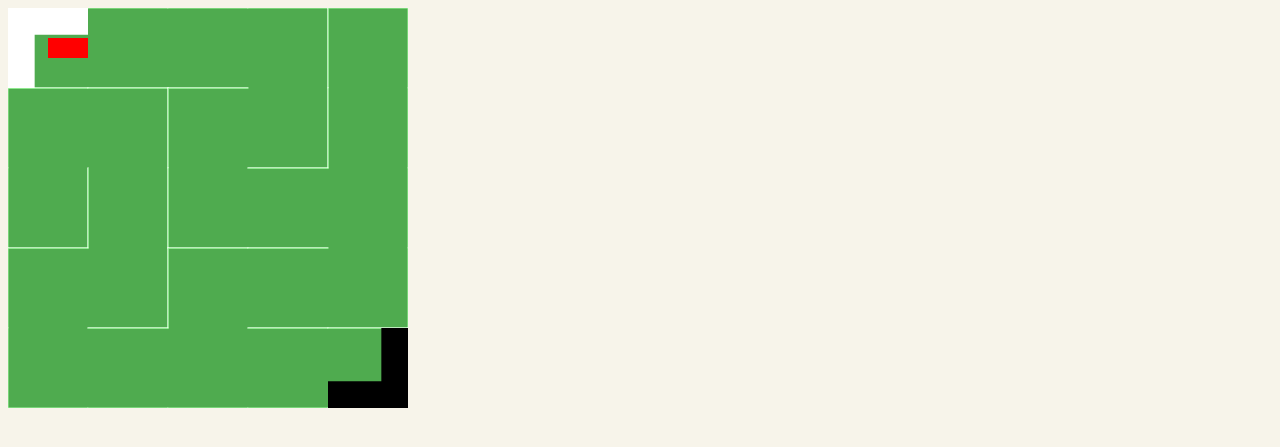
Repository: animarcus/maze-generator
Page: index.html
An editor plug-in stored every save of this project. The page is shown before and after the next save, followed by the edit.
The browser window is 1280 px wide. The pictures show the whole page.
Some web libraries are served in a nearby version.

Above is the page before, as saved 2020-09-12 18:08:35.

### index.html
<!DOCTYPE html>
<html lang="en">
<head>
  <link rel="apple-touch-icon" sizes="180x180" href="/icons/apple-touch-icon.png">
  <link rel="icon" type="image/png" sizes="32x32" href="/icons/favicon-32x32.png">
  <link rel="icon" type="image/png" sizes="16x16" href="/icons/favicon-16x16.png">
  <link rel="manifest" href="/icons/site.webmanifest">
  <link rel="mask-icon" href="/icons/safari-pinned-tab.svg" color="#5bbad5">
  <link rel="shortcut icon" href="/icons/favicon.ico">
  <meta name="msapplication-TileColor" content="#da532c">
  <meta name="msapplication-config" content="/icons/browserconfig.xml">
  <meta name="theme-color" content="#ffffff">

  <script type="text/javascript" src="https://cdn.jsdelivr.net/npm/p5@1.1.4/lib/p5.min.js"></script>
  <script src="js/cell.js"></script>
  <script src="js/sketch.js"></script>
  <script src="js/solver.js"></script>


  <link rel="stylesheet" href="css/style.css">
  <meta charset="UTF-8">
  <meta name="viewport" content="width=device-width, initial-scale=1.0, maximum-scale=1.0, user-scalable=0">
  <title>Maze Generator</title>
</head>
<body>
</body>
</html>

### js/cell.js
class Cell {
  constructor(i, j) {
    this.i = i;
    this.j = j;
    this.walls = [true,true,true,true];
    this.visited = false;
  }
  checkNeighbors() {
    let neighbors = [];
    // console.log(index(i+1  , j   ));
    let top     = grid[index(this.i    , this.j-1 )];
    let right   = grid[index(this.i+1  , this.j   )];
    let bottom  = grid[index(this.i    , this.j +1)];
    let left    = grid[index(this.i-1  , this.j   )];
    if (top && !top.visited) {
      neighbors.push(top);
    }
    if (right && !right.visited) {
      neighbors.push(right);
    }
    if (bottom && !bottom.visited) {
      neighbors.push(bottom);
    }
    if (left && !left.visited) {
      neighbors.push(left);
    }
    if (neighbors.length > 0) {
      let r = floor(Math.random() * neighbors.length);
      return neighbors[r];
    } else {
      return undefined;
    }
  }
  highlight() {
    let x = this.i * w;
    let y = this.j * w;
    fill(150, 0, 0, 255);
    noStroke();
    rect(x, y, w, w);
  }
  show() {
    let x = this.i*w;
    let y = this.j*w;
    stroke(255);
    if (this.walls[0]) {
      line(x,y,x+w,y);
    }
    if (this.walls[1]) {
      line(x+w,y,x+w,y+w);
    }
    if (this.walls[2]) {
      line(x+w,y+w,x,y+w);
    }
    if (this.walls[3]) {
      line(x,y+w,x,y);
    }
    if (this.visited) {
      noStroke();
      fill(100, 255, 100, 150);
      rect(x, y, w, w);
    }
  }
}

### js/sketch.js



let cols, rows;
let w = 80;
let grid = [];
let current;
let stack = [new Cell(0, 0)];

let generated;
let solveOK;


function setup() {
  createCanvas(400,400);
  cols = floor(width/w);
  rows = floor(width/w);

  // frameRate(7);

  generated = false;
  solveOK = false;

  for (let j = 0; j < rows; j++) {
    for (let i = 0; i < cols; i++) {
      let cell = new Cell(i,j);
      grid.push(cell);
    }
  }
  current = grid[0];
}

function draw() {
  background(51);
  for (let i = 0; i < grid.length; i++) {
    grid[i].show();
  }
  if (!generated) {
    maze.generateMaze();
  } else if (solveOK) {
    maze.solveMaze();
  }
}


let maze = {
  generateMaze : function() {
    current.visited = true;
    current.highlight();
    let next = current.checkNeighbors();
    // console.log(stack);
    if (next) {
      next.visited = true;
      //step 2
      stack.push(next);
      //step 3
      removeWalls(current, next);
      //step 4
      current = next;
    } else if (stack.length > 0) {
      current = stack.pop();
      if (stack.length == 0) {
        frameRate(3);
        // console.log("no");
        solver = new Solver(0, 0);
        generated = true;

        solveOK = true;
      }
    }
  },
  solveMaze : function() {
    // grid[0].highlight();
    noStroke();
    fill(color("white"));
    rect(grid[0].i, grid[0].j, w/3, w);
    rect(grid[0].i, grid[0].j, w, w/3);
    fill(color("black"));
    rect(grid[grid.length-1].i*w + w, grid[grid.length-1].j*w + w, -w/3, -w);
    rect(grid[grid.length-1].i*w + w, grid[grid.length-1].j*w + w, -w, -w/3);

    fill(color("red"));
    // rect(solver.i+w/10,solver.j+w/10,w-w/5,w-w/5);
    solver.draw();
    solver.move();
  }
};


function index(i, j) {
  if (i < 0 || j < 0 || i > cols-1 || j > rows-1) {
    return -1;
  }
  return i + j * cols;
}


function removeWalls(a, b) {
  let x = a.i - b.i;
  if (x === 1) {
    a.walls[3] = false;
    b.walls[1] = false;
  } else if (x == -1) {
    a.walls[1] = false;
    b.walls[3] = false;
  }

  let y = a.j - b.j;
  if (y === 1) {
    a.walls[0] = false;
    b.walls[2] = false;
  } else if (y === -1) {
    a.walls[2] = false;
    b.walls[0] = false;
  }

}

### js/solver.js
let facing;
class Solver {
  constructor(x, y) {
    this.i = x;
    this.j = y;
    this.direction = 1; // up-right-down-left
  }
  draw() {
    this.current = grid[index(this.i, this.j)];

    fill(color("red"));
    let x = this.i*w;
    let y = this.j*w;

    if (this.direction % 4 === 0) {
      this.direction = 0;
      this.facing = grid[index(this.i, this.j-1)];
      rect(x + w/2-w/8, y + w/2, w/4, -w/2);
    } else if (this.direction % 4 === 1) {
      this.direction = 1;
      rect(x + w/2, y + w/2-w/8, w/2, w/4);
      this.facing = grid[index(this.i+1, this.j)];
    } else if (this.direction % 4 === 2) {
      this.direction = 2;
      rect(x + w/2-w/8, y + w/2, w/4, w/2);
      this.facing = grid[index(this.i, this.j+1)];
    } else if (this.direction % 4 === 3) {
      this.direction = 3;
      rect(x + w/2, y + w/2-w/8, -w/2, w/4);
      this.facing = grid[index(this.i-1, this.j)];
    }
  }
  move() {
    // console.log(this.direction);
    // console.log(this.current.walls);
    // if (this.current.walls[1]) {
    //   if (this.current.walls[2]) {
    //     this.direction -= 1;
    //   } else if (this.current.walls[0]) {
    //     this.direction += 1;
    //   } else {
    //     this.direction += 2;
    //   }
    // } else {
    //   this.i = this.facing.i;
    //   this.j = this.facing.j;
    // }

    // up wall check : this.current.walls[0] && this.facing.walls[2]
    // right wall check : this.current.walls[1] && this.facing.walls[3]
    // down wall check : this.current.walls[2] && this.facing.walls[0]
    // left wall check : this.current.walls[3] && this.facing.walls[1]
  }
}

### css/style.css
* {
  cursor: default;
  /* -webkit-touch-callout: none;
  -webkit-user-select: none;
  -khtml-user-select: none;
  -moz-user-select: none;
  -ms-user-select: none;
  user-select: none; */
}
body {
  background: #f7f4ea;
  height: 100%;
  overflow-y: hidden;
  overflow-x: hidden;
  /* border-radius: 50%; */
}

/* p {
  position: absolute;
  top:50%;
  left:50%;
  transform: translate(-50%,-50%);
} */

After the next save:
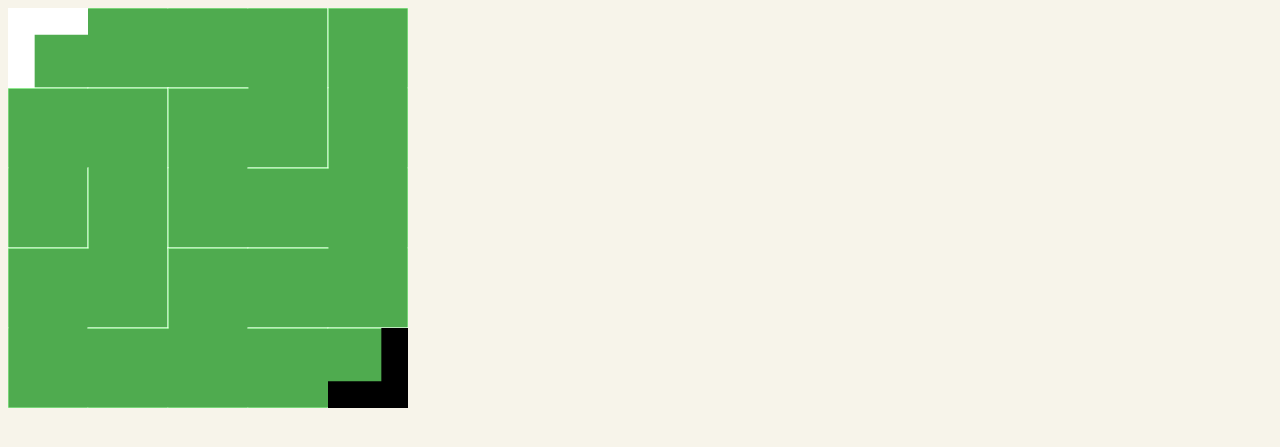
Console error: TypeError: Cannot read properties of undefined (reading 'i')
Saved 40 s later.
--- a/js/solver.js
+++ b/js/solver.js
@@ -3,7 +3,7 @@
   constructor(x, y) {
     this.i = x;
     this.j = y;
-    this.direction = 1; // up-right-down-left
+    this.direction = -1; // up-right-down-left
   }
   draw() {
     this.current = grid[index(this.i, this.j)];
@@ -31,20 +31,20 @@
     }
   }
   move() {
-    // console.log(this.direction);
+    console.log(this.direction);
     // console.log(this.current.walls);
-    // if (this.current.walls[1]) {
-    //   if (this.current.walls[2]) {
-    //     this.direction -= 1;
-    //   } else if (this.current.walls[0]) {
-    //     this.direction += 1;
-    //   } else {
-    //     this.direction += 2;
-    //   }
-    // } else {
-    //   this.i = this.facing.i;
-    //   this.j = this.facing.j;
-    // }
+    if (this.current.walls[1]) {
+      if (this.current.walls[2]) {
+        this.direction -= 1;
+      } else if (this.current.walls[0]) {
+        this.direction += 1;
+      } else {
+        this.direction += 2;
+      }
+    } else {
+      this.i = this.facing.i;
+      this.j = this.facing.j;
+    }
 
     // up wall check : this.current.walls[0] && this.facing.walls[2]
     // right wall check : this.current.walls[1] && this.facing.walls[3]

After the 2 saves that followed:
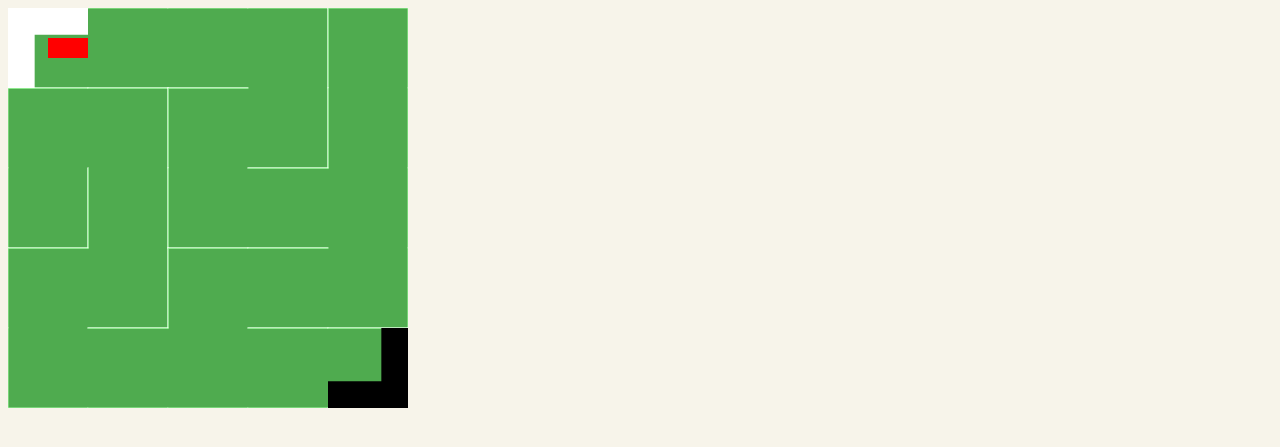
The error is gone.
The 2 saves are shown as one change because 1 left the picture as it was.
The last was saved 90 s later.
--- a/js/sketch.js
+++ b/js/sketch.js
@@ -82,7 +82,7 @@ let maze = {
     fill(color("red"));
     // rect(solver.i+w/10,solver.j+w/10,w-w/5,w-w/5);
     solver.draw();
-    solver.move();
+    // solver.move();
   }
 };
 
--- a/js/solver.js
+++ b/js/solver.js
@@ -9,6 +9,7 @@
     this.current = grid[index(this.i, this.j)];
 
     fill(color("red"));
+    this.direction = Math.abs(this.direction);
     let x = this.i*w;
     let y = this.j*w;
 
@@ -33,10 +34,10 @@
   move() {
     console.log(this.direction);
     // console.log(this.current.walls);
-    if (this.current.walls[1]) {
-      if (this.current.walls[2]) {
+    if (this.current.walls[this.direction]) {
+      if (this.current.walls[this.direction + 1]) {
         this.direction -= 1;
-      } else if (this.current.walls[0]) {
+      } else if (this.current.walls[this.direction - 1]) {
         this.direction += 1;
       } else {
         this.direction += 2;
